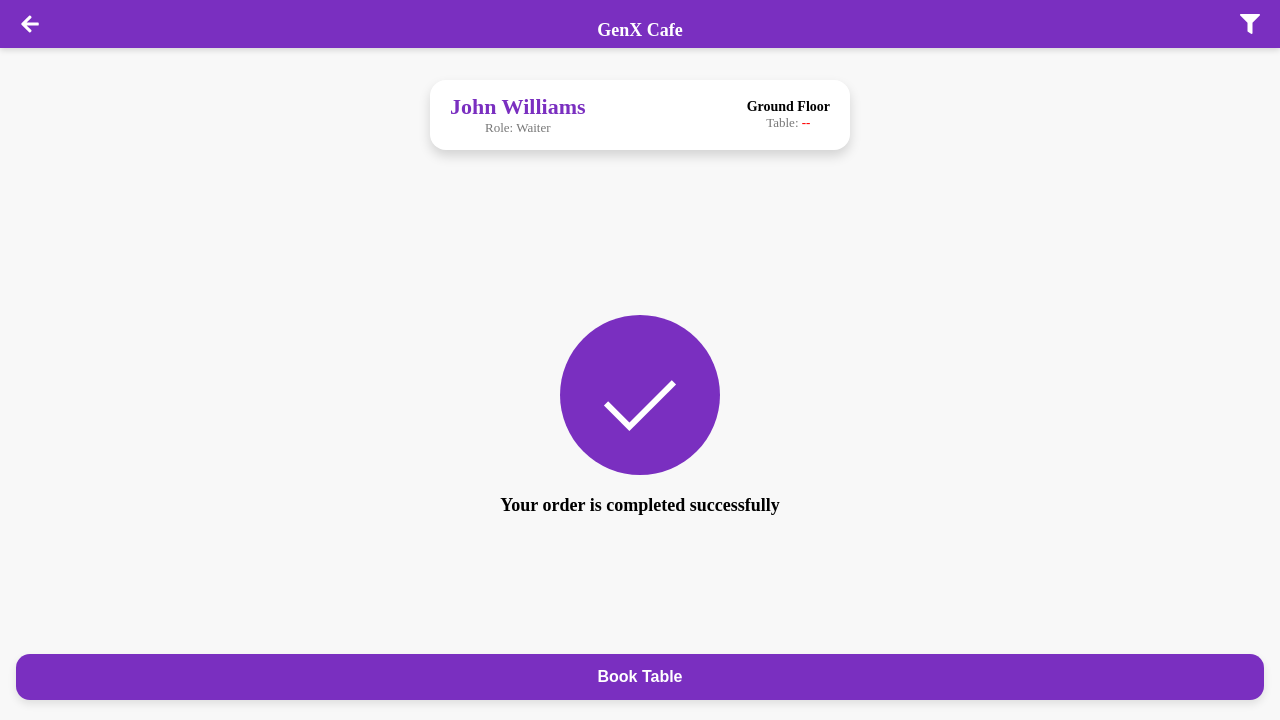
Repository: rajeshwaranslv/sturdy-spork-genx-frontend
Page: /success
The author's editor kept a copy of each file at every save. The page is drawn from the files as they stood at one save, then again after the next save.
The browser window is 1280 px wide. The pictures show the whole page.
The project was rebuilt for these pictures with package versions that can differ from the ones it lists, and the page was loaded fresh each time. Also part of the build but not shown: src/components/TableSelection.js, src/components/menu.css, src/components/MenuSelection.js, src/components/order.css, src/components/OrderReview.js, src/components/Billing.js.

Above is the page before, as saved 2025-07-16 17:25:10.

### src/App.js
import React from 'react';
import { BrowserRouter as Router, Route, Switch } from 'react-router-dom';
import TableSelection from './components/TableSelection';
import MenuSelection from './components/MenuSelection';
import OrderReview from './components/OrderReview';
import Billing from './components/Billing';
import Success from './components/Success';

export default function App() {
  return (
    <Router>
      <Switch>
        <Route exact path="/" component={TableSelection} />
        <Route path="/menu/:tableId" component={MenuSelection} />
   <Route path="/orders/:orderId" component={OrderReview} />

        <Route path="/billing/:orderId" component={Billing} />
        <Route path="/success" component={Success} />
      </Switch>
    </Router>
  );
}

### src/components/Success.js
import React, { useEffect } from 'react';
import { withRouter } from 'react-router-dom';
import { updateTableStatus } from '../services/api';
import { FaArrowLeft, FaFilter } from 'react-icons/fa';
import './success.css';

function Success({ history, location }) {
  const tableId = location.state?.tableId;

  useEffect(() => {
    if (tableId) {
      updateTableStatus(tableId, { status: 'available' })
        .then(() => console.log(`✅ Table ${tableId} marked available`))
        .catch(err => console.error('❌ Failed to update table status:', err));
    }
  }, [tableId]);

  const waiter = {
    name: 'John Williams',
    role: 'Waiter',
    floor: 'Ground Floor',
    tableId: tableId ?? '--',
  };

  return (
    <div className="success-page">
      {/* ✅ Header */}
      <div className="header-bar">
        <FaArrowLeft className="icon" onClick={() => history.push('/')} />
        <h2>GenX Cafe</h2>
        <FaFilter className="icon" />
      </div>

      {/* ✅ Waiter Card */}
      <div className="waiter-card">
        <div className="waiter-left">
          <strong className="waiter-name">{waiter.name}</strong>
          <div className="waiter-role">Role: {waiter.role}</div>
        </div>
        <div className="waiter-right">
          <div className="floor-label">{waiter.floor}</div>
          <div className="orders-count">
            Table: <span className="order-red">{waiter.tableId}</span>
          </div>
        </div>
      </div>

      {/* ✅ Main Success Body */}
      <main className="success-body">
        <div className="checkmark-circle">
          <div className="checkmark" />
        </div>
        <h2>Your order is completed successfully</h2>
      </main>

      {/* ✅ Footer Button */}
      <button className="footer-btn" onClick={() => history.push('/')}>
        Book Table
      </button>
    </div>
  );
}

export default withRouter(Success);

### src/services/api.js
import axios from 'axios';

const API = axios.create({
  baseURL: 'http://localhost:3001/',
});

export const getTables = () => API.get('/tables');
export const getTableDetails = (id) => API.get(`/tables/${id}`);
export const getFoodItems = () => API.get('/foodItems');

export const placeOrder = (data) => API.post('/orders', data);
export const updateOrderItemStatus = (id, payload) => API.patch(`/orders/${id}`, payload);
export const getOrder = (id) => API.get(`/orders/${id}`);
export const generateBill = (data) => API.post('/bills', data);

// ✅ NEW: Update table status
export const updateTableStatus = (id, payload) => API.patch(`/tables/${id}`, payload);

### src/components/style.css

*{
  margin: 0;
  padding: 0;
}
.container-fluid {
  position: relative;
  background-color: #7a2fc0;
  /* min-height: 100vh; */
  font-family: 'Segoe UI', sans-serif;
  overflow-x: hidden;
}

/* Header */
.header-bar {
  display: flex;
  justify-content: space-between;
  align-items: center;
  padding: 16px;
  color: white;
  background: #7a2fc0;
  position: sticky;
  top: 0;
  z-index: 10;
}

.header-bar h2 {
  margin: 0;
  font-size: 20px;
}

.icon {
  font-size: 18px;
  cursor: pointer;
}

/* Floating Waiter Card */
.waiter-card {
  position: absolute;
  top: 80px;
  left: 50%;
  transform: translateX(-50%);
  z-index: 20;
  background: white;
  border-radius: 16px;
  box-shadow: 0 6px 12px rgba(0, 0, 0, 0.15);
  padding: 14px 20px;
  width: 90%;
  max-width: 360px;
  display: flex;
  justify-content: space-between;
  align-items: center;
}

.waiter-name {
  color: #7a2fc0;
  font-weight: bold;
}

.waiter-role {
  font-size: 12px;
  color: #777;
}

.floor-label {
  font-weight: bold;
  font-size: 14px;
}

.orders-count {
  font-size: 12px;
  color: #777;
}

.order-red {
  color: red;
  font-weight: bold;
}

/* Main White Rounded Table Section */
.table-section {
  background: white;
  margin-top: 140px; /* space for card to float */
  border-top-left-radius: 24px;
  border-top-right-radius: 24px;
  padding: 90px 16px 24px;
  position: relative;
  z-index: 1;
}

/* Legend */
.legend-row {
  display: flex;
  justify-content: center;
  gap: 24px;
  font-size: 14px;
  margin-bottom: 20px;
  flex-wrap: wrap;
}

.legend-item {
  display: flex;
  align-items: center;
  gap: 6px;
}

.legend-dot {
  width: 10px;
  height: 10px;
  border-radius: 50%;
  display: inline-block;
}

.legend-dot.green {
  background-color: green;
}
.legend-dot.purple {
  background-color: purple;
}
.legend-dot.red {
  background-color: red;
}

/* Table Grid */
.table-grid {
  display: grid;
  grid-template-columns: repeat(auto-fit, minmax(110px, 1fr));
  gap: 14px;
  margin-bottom: 16px;
}

/* Table Buttons */
.table-btn {
  padding: 14px 0;
  border-radius: 14px;
  font-size: 16px;
  font-weight: bold;
  border: 2px solid transparent;
  cursor: pointer;
  text-align: center;
  transition: all 0.2s ease-in-out;
}

.table-btn.available {
  color: green;
  border: 2px solid green;
  background-color: white;
}
.table-btn.available:hover {
  background-color: #f0fff0;
}

.table-btn.selected {
  background-color: #7a2fc0;
  color: white;
  border: 2px solid #7a2fc0;
}

.table-btn.occupied {
  background-color: red;
  color: white;
  cursor: not-allowed;
}

/* Select Button */
.select-btn {
  width: 100%;
  padding: 14px;
  border-radius: 14px;
  background-color: #7a2fc0;
  color: white;
  font-size: 16px;
  font-weight: bold;
  border: none;
  cursor: pointer;
  box-shadow: 0 3px 8px rgba(0, 0, 0, 0.1);
}

.select-btn:disabled {
  opacity: 0.5;
  cursor: not-allowed;
}

.select-btn:hover {
  background-color: #6926b2;
}

/* Responsive */
@media (max-width: 480px) {
  .waiter-card {
    flex-direction: column;
    align-items: flex-start;
    padding: 16px;
    gap: 8px;
  }

  .legend-row {
    gap: 10px;
    font-size: 12px;
  }

  .table-btn {
    font-size: 14px;
    padding: 12px 0;
  }
}
/* Floating Waiter Card */
.waiter-card {
  position: absolute;
  top: 80px;
  left: 50%;
  transform: translateX(-50%);
  z-index: 20;
  background: white;
  border-radius: 16px;
  box-shadow: 0 6px 12px rgba(0, 0, 0, 0.15);
  padding: 14px 20px;
  width: 92%;
  max-width: 380px;
  display: flex;
  justify-content: space-between;
  align-items: center;
  transition: all 0.3s ease-in-out;
}

.waiter-name {
  color: #7a2fc0;
  font-weight: bold;
  font-size: 16px;
}

.waiter-role {
  font-size: 13px;
  color: #777;
}

.floor-label {
  font-weight: bold;
  font-size: 14px;
}

.orders-count {
  font-size: 13px;
  color: #777;
}

.order-red {
  color: red;
  font-weight: bold;
}

/* 💻 Tablet and Desktop View - Wider and Bigger Card */
@media (min-width: 768px) {
  .waiter-card {
    max-width: 640px;
    padding: 20px 32px;
  }

  .waiter-name {
    font-size: 20px;
  }

  .waiter-role,
  .orders-count,
  .floor-label {
    font-size: 16px;
  }
}

/* 🖥️ Larger Screens */
@media (min-width: 1024px) {
  .waiter-card {
    max-width: 800px;
    padding: 24px 40px;
  }

  .waiter-name {
    font-size: 22px;
  }

  .waiter-role,
  .orders-count,
  .floor-label {
    font-size: 18px;
  }
}

### src/components/billing.css
/* Base Container */
.container-fluid {
  position: relative;
  background-color: #7a2fc0;
  min-height: 100vh;
  font-family: 'Segoe UI', sans-serif;
  overflow-x: hidden;
}

/* Header */
.header-bar {
  display: flex;
  justify-content: space-between;
  align-items: center;
  padding: 16px;
  color: white;
  background: #7a2fc0;
  position: sticky;
  top: 0;
  z-index: 10;
}

.header-bar h2 {
  margin: 0;
  font-size: 20px;
}

.icon {
  font-size: 18px;
  cursor: pointer;
}

/* Waiter Card */
.waiter-card {
  position: absolute;
  top: 80px;
  left: 50%;
  transform: translateX(-50%);
  z-index: 20;
  background: white;
  border-radius: 16px;
  box-shadow: 0 6px 12px rgba(0, 0, 0, 0.15);
  padding: 14px 20px;
  width: 92%;
  max-width: 380px;
  display: flex;
  justify-content: space-between;
  align-items: center;
}

.waiter-name {
  color: #7a2fc0;
  font-weight: bold;
}

.waiter-role {
  font-size: 13px;
  color: #777;
}

.floor-label {
  font-weight: bold;
  font-size: 14px;
}

.orders-count {
  font-size: 13px;
  color: #777;
}

.order-red {
  color: red;
  font-weight: bold;
}

/* Rounded Section */
.table-section {
  background: white;
  margin-top: 140px;
  border-top-left-radius: 24px;
  border-top-right-radius: 24px;
  padding: 90px 16px 24px;
  position: relative;
  z-index: 1;
}

/* Order List */
.order-list {
  list-style: none;
  padding: 0;
  margin: 0;
}

.item-row {
  display: flex;
  justify-content: space-between;
  margin-bottom: 12px;
  border-bottom: 1px solid #ddd;
  padding-bottom: 10px;
}

.item-info p {
  margin: 4px 0 0;
  color: #666;
}

.qty-controls {
  display: flex;
  align-items: center;
  gap: 8px;
}

/* Quantity Buttons */
.qty-btn {
  background-color: #7a2fc0;
  color: white;
  border: none;
  border-radius: 6px;
  padding: 4px 10px;
  font-size: 16px;
  font-weight: bold;
  cursor: pointer;
  transition: background-color 0.2s ease;
}

.qty-btn:hover {
  background-color: #6926b2;
}

/* Summary */
.invoice-summary {
  margin-top: 24px;
  font-size: 16px;
  background: #f9f9f9;
  padding: 16px;
  border-radius: 12px;
  box-shadow: 0 -2px 6px rgba(0, 0, 0, 0.05);
}

/* Button */
.select-btn {
  width: 100%;
  padding: 14px;
  border-radius: 14px;
  background-color: #7a2fc0;
  color: white;
  font-size: 16px;
  font-weight: bold;
  border: none;
  cursor: pointer;
  margin-top: 20px;
  box-shadow: 0 3px 8px rgba(0, 0, 0, 0.1);
}

.select-btn:hover {
  background-color: #6926b2;
}

### src/components/success.css
/* Container for Success Page */
.success-page {
  min-height: 100vh;
  display: flex;
  flex-direction: column;
  padding-top: 70px; /* space for header */
  align-items: center;
  justify-content: center;
  background-color: #f8f8f8;
  position: relative;
  text-align: center;
  box-sizing: border-box;
}

/* Header Bar */
.header-bar {
  position: fixed;
  top: 0;
  left: 0;
  right: 0;
  background: #7a2fc0;
  color: white ;
  display: flex;
  justify-content: space-between;
  align-items: center;
  padding: 14px 20px;
  z-index: 1000;
  box-shadow: 0 2px 6px rgba(0, 0, 0, 0.15);
}

.header-bar h2 {
  position: absolute;
  left: 50%;
  transform: translateX(-50%);
  margin: 0;
  font-size: 20px;
   color: white !important ;

}

.icon {
  color: white;
  font-size: 20px;
  cursor: pointer;
  z-index: 10;
}

/* Checkmark Animation */
.checkmark-circle {
  width: 160px;
  height: 160px;
  background-color: #7a2fc0;
  border-radius: 50%;
  display: flex;
  align-items: center;
  justify-content: center;
  margin: 40px auto 20px;
  animation: popCircle 0.5s ease-out;
}

.checkmark {
  width: 30px;
  height: 60px;
  border-right: 6px solid white;
  border-bottom: 6px solid white;
  transform: rotate(45deg) scale(0);
  animation: drawCheck 0.4s 0.3s ease forwards;
}

@keyframes popCircle {
  0% {
    transform: scale(0.7);
    opacity: 0;
  }
  100% {
    transform: scale(1);
    opacity: 1;
  }
}

@keyframes drawCheck {
  to {
    transform: rotate(45deg) scale(1);
  }
}

/* Success Message */
.success-page h2 {
  font-size: 18px;
  margin-top: 12px;
  color: #000000;
}

/* Fixed Bottom Button */
.footer-btn {
  position: fixed;
  bottom: 20px;
  left: 16px;
  right: 16px;
  padding: 14px;
  font-size: 16px;
  font-weight: bold;
  background-color: #7a2fc0;
  color: white;
  border: none;
  border-radius: 14px;
  cursor: pointer;
  box-shadow: 0 4px 8px rgba(0, 0, 0, 0.1);
}

Loaded but not shown: public/index.html (common file); src/index.js (common file)

After the next save:
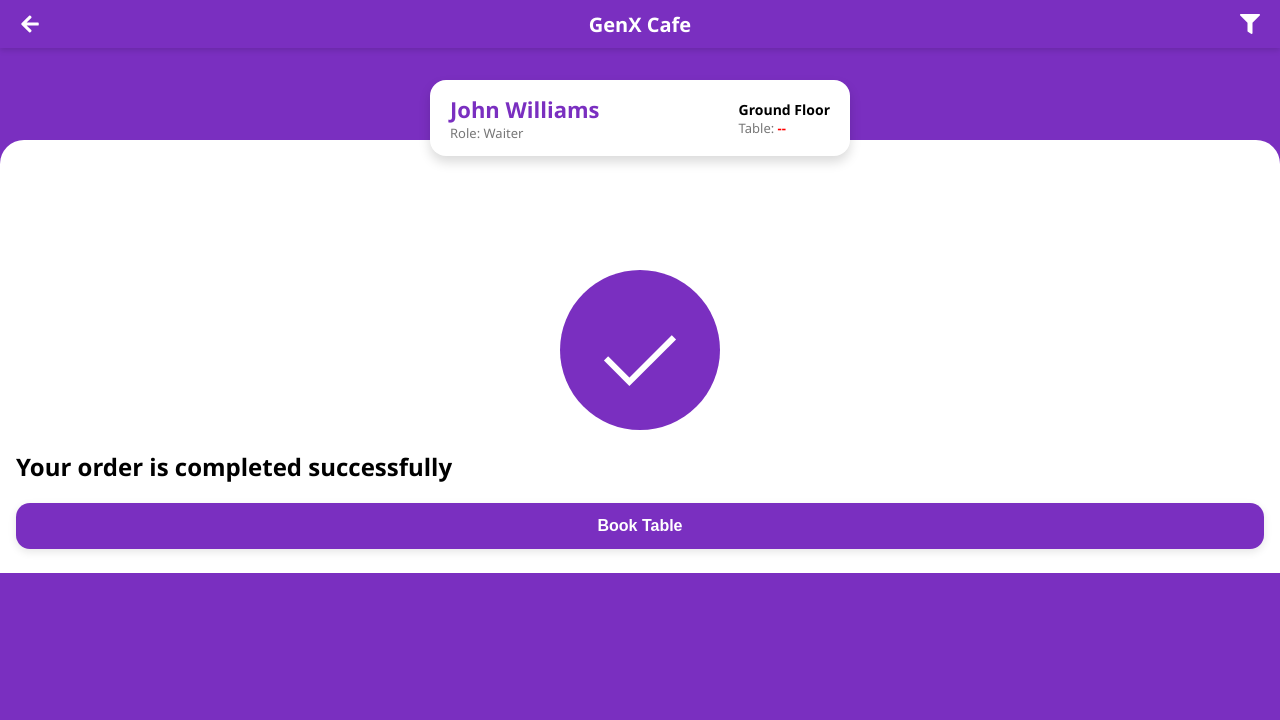
Saved 117 s later.
--- a/src/components/Success.js
+++ b/src/components/Success.js
@@ -23,7 +23,7 @@ function Success({ history, location }) {
   };
 
   return (
-    <div className="success-page">
+    <div className="container-fluid">
       {/* ✅ Header */}
       <div className="header-bar">
         <FaArrowLeft className="icon" onClick={() => history.push('/')} />
@@ -31,7 +31,7 @@ function Success({ history, location }) {
         <FaFilter className="icon" />
       </div>
 
-      {/* ✅ Waiter Card */}
+      {/* ✅ Floating Waiter Card */}
       <div className="waiter-card">
         <div className="waiter-left">
           <strong className="waiter-name">{waiter.name}</strong>
@@ -45,18 +45,16 @@ function Success({ history, location }) {
         </div>
       </div>
 
-      {/* ✅ Main Success Body */}
-      <main className="success-body">
+      {/* ✅ Main Body */}
+      <div className="table-section">
         <div className="checkmark-circle">
           <div className="checkmark" />
         </div>
         <h2>Your order is completed successfully</h2>
-      </main>
-
-      {/* ✅ Footer Button */}
-      <button className="footer-btn" onClick={() => history.push('/')}>
-        Book Table
-      </button>
+        <button className="select-btn" onClick={() => history.push('/')}>
+          Book Table
+        </button>
+      </div>
     </div>
   );
 }
